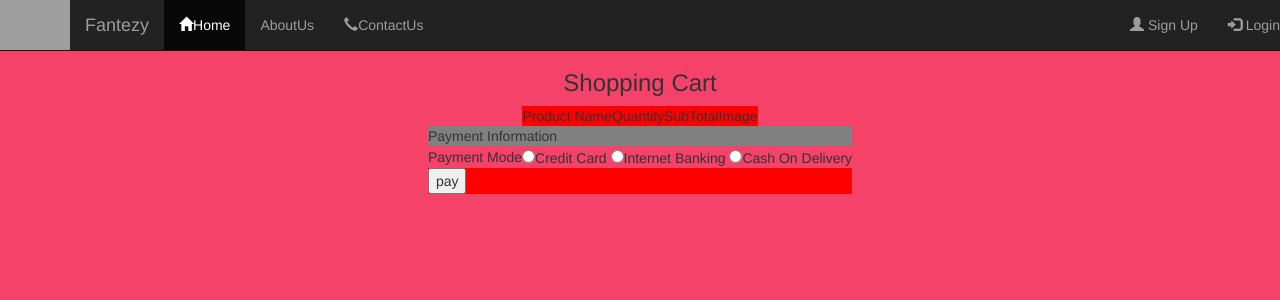
Repository: Safna93/eCommerce-project
Page: http://localhost/FantezyFrontendProject/WEB-INF/views/OrderConfirm.jsp
An editor plug-in stored every save of this project. The page is shown before and after the next save, followed by the edit.
The browser window is 1280 px wide. The pictures show the whole page.
Pictures or frames that could not be fetched are drawn as grey boxes. Some web libraries are served in a nearby version. The page is served by Tomcat 9. Nobody is signed in. The template is opened directly, without the code that normally fills it, so the values that code supplies are empty.

Above is the page before, as saved 2017-07-11 17:36:46.

After the next save:
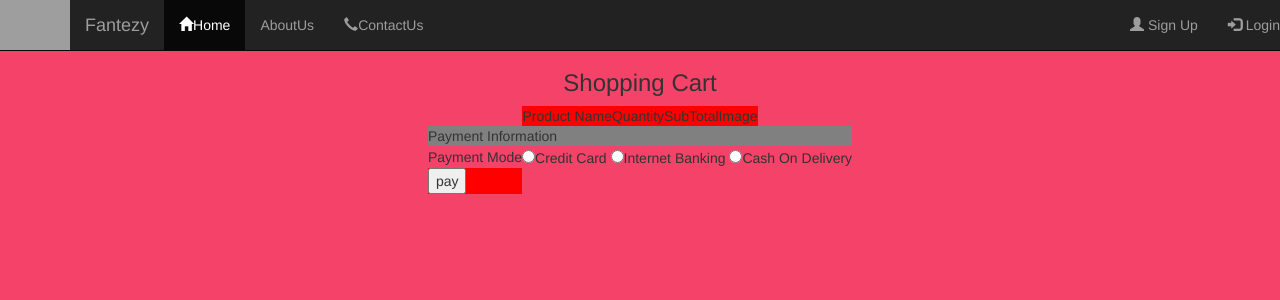
Saved 6 s later.
--- a/Fantezy Project 1/Fantezy/FantezyFrontendProject/src/main/webapp/WEB-INF/views/OrderConfirm.jsp
+++ b/Fantezy Project 1/Fantezy/FantezyFrontendProject/src/main/webapp/WEB-INF/views/OrderConfirm.jsp
@@ -44,7 +44,7 @@
 </td>
 </tr>
 <tr bgcolor="red">
-<td colspan="2"><input type="submit" value="pay" /></td>
+<td colspan="1"><input type="submit" value="pay" /></td>
 </tr>
 
 
